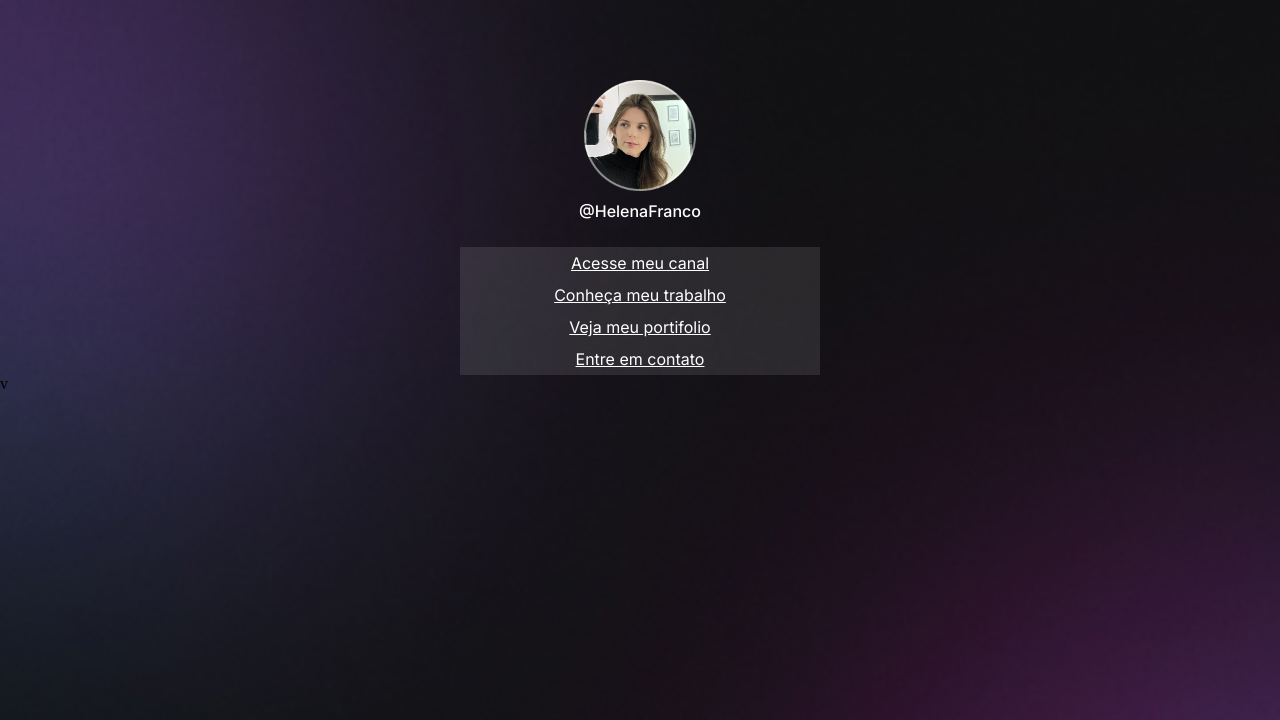
Repository: Fr4nc021/Pagina-de-links-
Page: index.html
These files come from the project's save history. The page is drawn as it stood at one moment and after the next save; the edit follows.
The browser window is 1280 px wide. The pictures show the whole page.

Above is the page before, as saved 2025-02-10 16:50:05.

After the next save:
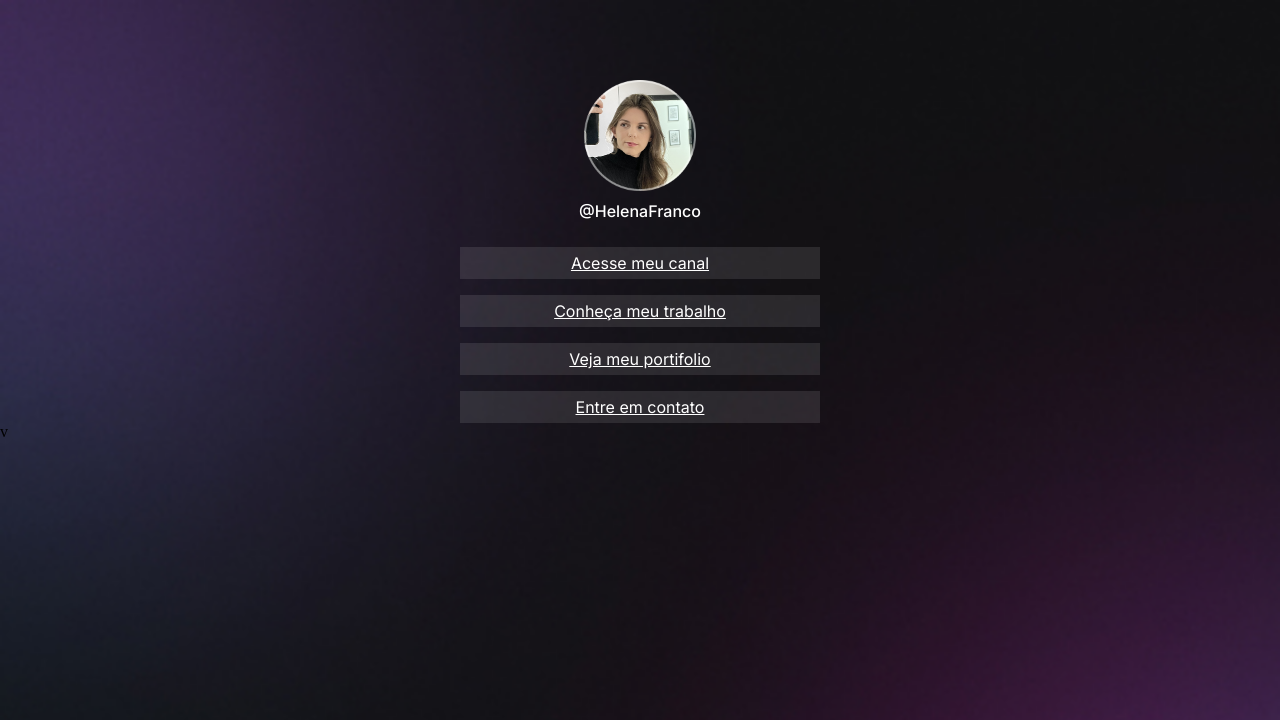
Saved 34 s later.
--- a/style.css
+++ b/style.css
@@ -41,6 +41,9 @@ body * {
 
 ul{
     list-style: none;
+    display: flex;
+    flex-direction: column;
+    gap: 16px
 
 }
 
